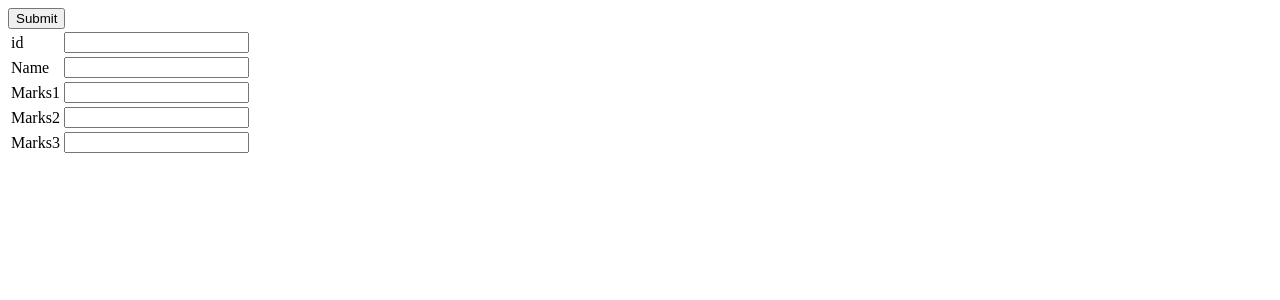
Repository: satyamjha1011/JDBC
Page: add-result/src/main/webapp/index.html
These files come from the project's save history. The page is drawn as it stood at one moment and after the next save; the edit follows.
The browser window is 1280 px wide. The pictures show the whole page.

Above is the page before, as saved 2024-10-10 10:13:59.

### add-result/src/main/webapp/index.html
<!DOCTYPE html>
<html>
<head>
<meta charset="UTF-8">
<title>Insert title here</title>
</head>
<body>
	<form action="/add-result/AddResult">
		<table>
			<tr>
				<td>id</td>
				<td><input type="text" name="id" /></td>
			</tr>

			<tr>
				<td>Name</td>
				<td><input type="text" name="name" /></td>
			</tr>

			<tr>
				<td>Marks1</td>
				<td><input type="text" name="marks1" /></td>
			</tr>

			<tr>
				<td>Marks2</td>
				<td><input type="text" name="marks2" /></td>
			</tr>

			<tr>
				<td>Marks3</td>
				<td><input type="text" name="marks3" /></td>
			</tr>

			<tr>
				<input type = "submit" name ="submit"/>
		</table>
	</form>
</body>
</html>

After the next save:
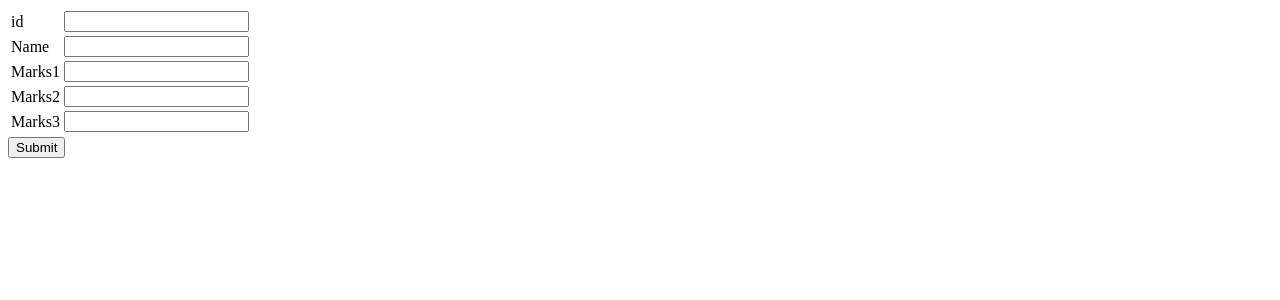
Saved 28 s later.
--- a/add-result/src/main/webapp/index.html
+++ b/add-result/src/main/webapp/index.html
@@ -33,8 +33,9 @@
 			</tr>
 
 			<tr>
-				<input type = "submit" name ="submit"/>
+
 		</table>
+		<input type = "submit" name ="submit"/>
 	</form>
 </body>
 </html>
